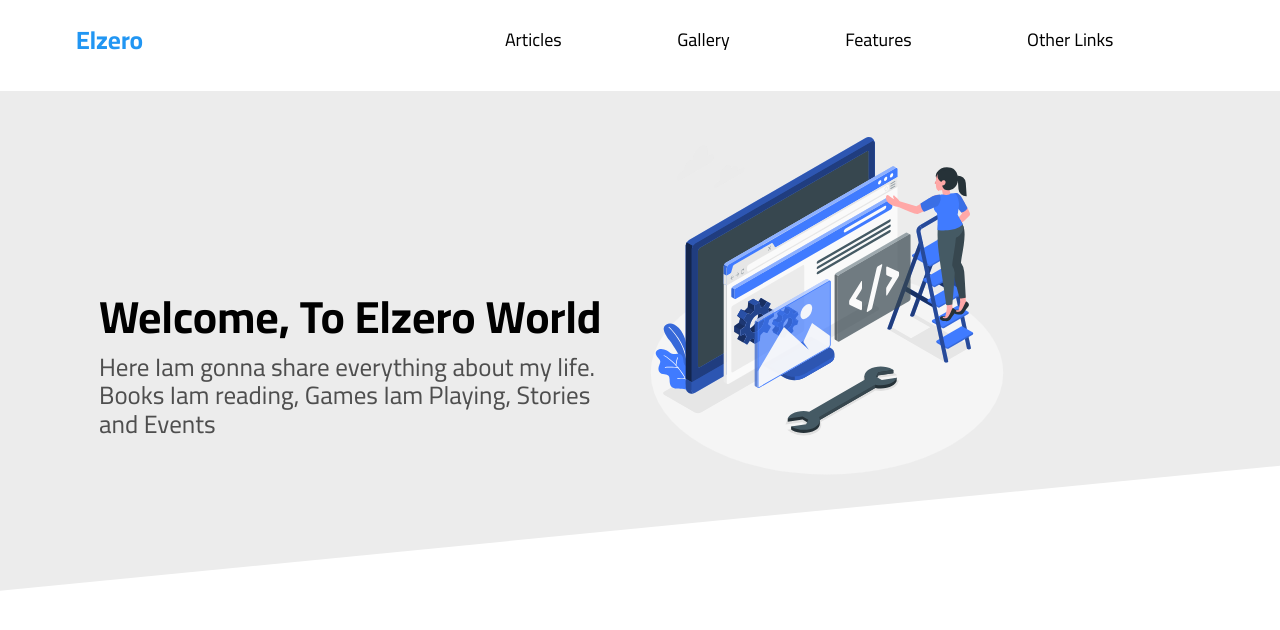
Repository: Toqa-25/elzeroAcdemey-Templete
Page: index.html
An editor plug-in stored every save of this project. The page is shown before and after the next save, followed by the edit.
The browser window is 1280 px wide. The pictures show the whole page.

Above is the page before, as saved 2022-01-16 21:46:10.

### index.html
<!DOCTYPE html>
<html lang="en">
<head>
    <meta charset="UTF-8">
    <meta http-equiv="X-UA-Compatible" content="IE=edge">
    <meta name="viewport" content="width=device-width, initial-scale=1.0">
    <!-- normalize file -->
    <link rel="stylesheet" href="css/normalize.css">
    <!-- css files -->
    <link rel="stylesheet" href="css/style.css">
    <!-- fontAwosem file -->
    <link rel="stylesheet" href="css/all.min.css">
     <!-- font files -->
     <link rel="preconnect" href="https://fonts.googleapis.com">
    <link rel="preconnect" href="https://fonts.gstatic.com" crossorigin>
    <link href="https://fonts.googleapis.com/css2?family=Cairo:wght@200;400;700;800;900&display=swap" rel="stylesheet">
    <!-- page title -->
    <title>templete 3</title>
</head>
<body>
    <!-- header section -->
    <header id="" class="">
        <div class="container">
            <div class="header-content">
                <div class="header-content-logo">
                    <a href="index.html" class="logo link-none">Elzero</a>
                </div>
                <nav>
                    <ul class="nav-list unlist">
                        <li class="nav-list-item"> <a href="" class="link-none  link-style" id="articles">articles</a></li>
                        <li class="nav-list-item"> <a href="" class="link-none  link-style" id="gallery">gallery</a></li>
                        <li class="nav-list-item"> <a href="" class="link-none  link-style" id="features">features</a></li>
                        <li class="nav-list-item" id="parent-other-links"> <a href="javascript:;" class="link-none  link-style " >other links</a>
                            <div class="other-links " id="child-other-links">
           <div class="other-links-content">
            <div class="other-links-content-img">
                <img src="images/header/Video files-amico.svg" alt="">
            </div>

            <ul class="other-links-list unlist">
            <div class="other-links-list-group-one">
              <li id="" class="other-links-list-item"><a href="" class="link-none  link-style "><i class="far fa-comments"></i> testimonials</a></li>
              <li id="" class="other-links-list-item"><a href="" class="link-none  link-style "><i class="far fa-user"></i> team member</a></li>
              <li id="" class="other-links-list-item"><a href="" class="link-none  link-style"><i class="far fa-building"></i> services</a></li>
              <li id="" class="other-links-list-item"><a href="" class="link-none  link-style"><i class="far fa-check-circle"></i> our skils</a></li>
              <li id="" class="other-links-list-item"><a href="" class="link-none  link-style"><i class="far fa-clipboard"></i> how it work</a></li>
            </div>
            <div class="other-links-list-group-one">
                <li id="" class="other-links-list-item"><a href="" class="link-none  link-style"><i class="far fa-calendar-alt"></i> events</a></li>
                <li id="" class="other-links-list-item"><a href="" class="link-none  link-style"><i class="fas fa-server"></i> pricing planes</a></li>
                <li id="" class="other-links-list-item"><a href="" class="link-none  link-style"><i class="far fa-play-circle"></i> top video</a></li>
                <li id="" class="other-links-list-item"><a href="" class="link-none  link-style"><i class="fas fa-chart-bar"></i> states</a></li>
                <li id="" class="other-links-list-item"><a href="" class="link-none  link-style"><i class="fas fa-percent"></i> request a discount</a></li>
            </div>
        </ul>
       </div>
       </div>
                        </li>

                    </ul>
                </nav>
            </div>
        </div>
    </header>
    <!-- welcom section -->
    <section id="welcome" class="welcome">
        <div class="container">
            <div class="welcome-content">
                <div class="welcome-content-info">
                    <h1 class="welcome-content-info-head">welcome, to elzero world</h1>
                    <p class="welcome-content-info-text">Here Iam gonna share everything about my life. Books Iam reading, Games Iam Playing, Stories and Events</p>
                </div>
                <div class="welcome-content-img">
                    <img src="images/welcome/Website setup-amico.svg" alt="" srcset="">
                </div>
            </div>
        </div>

    </section>


       <script src="script.js">

       </script>
</body>
</html>

### css/style.css
 /*
  - container
  -section head

 */
 /* global style */
 :root{
     /* --main-color:#45B2F8; */
     --main-color:#2196F3;
     --s-background:#ececec54;
     --f-background:#ececec;
     --p-color:#D6ECEC;
 }

 *{
     box-sizing: border-box;
     margin: 0;
     padding: 0;
 }
html , body{
    width: 100%;
    height: 100%;
    margin: 0;
    padding: 0;
    overflow: hidden;
}
 body{
     font-family: "Cairo", sans-serif;
 }
 .container{
      width: 90%;
      margin:0 auto;
      /* padding: 15px 0; */
 }
 .link-none{
     text-decoration: none;
 }
 .unlist{
     list-style: none;
 }
 .link-style{
    font-size: 18px;
    text-transform: capitalize;
 }

 /* header style */
 header{
   margin-bottom: 10px;
 }
.header-content{
    display: flex;
    justify-content: space-between;
    align-items: center;
    padding: 10px 12px ;
    margin-bottom: 10px;
}
.logo{
    font-weight: bolder;
    font-size:25px;
    color:var(--main-color)
}

nav{
    width: 70%;
}
.nav-list{
    display: flex;
    justify-content: space-evenly;
    align-items: center;
}
.nav-list-item {
    cursor: pointer;
    color:#000;
    padding: 20px  25px;
    position: relative;
    transition: background-color .2s ;
    -webkit-transition: background-color .2s ;
    -moz-transition: background-color .2s ;
    -ms-transition: background-color .2s ;
    -o-transition: background-color .2s ;
}
.nav-list-item::before{
    content: "";
    height: 3px;
    width: 0;
    background-color: var(--main-color);
    position: absolute;
    top: 0px;
    left: 0;
    transition: width .6s;
    -webkit-transition: width .6s;
    -moz-transition: width .6s;
    -ms-transition: width .6s;
    -o-transition: width .6s;
}
.nav-list-item a{
        color:#000;
}

.nav-list-item:hover  {
    background-color: var(--s-background);
}
.nav-list-item:hover  a {
    color:var(--main-color);
}
.nav-list-item:hover::before{
        width: 100%;
}
#parent-other-links{
    position: relative;
}
#parent-other-links:hover #child-other-links{
    transform:translateY(20px) ;
    -webkit-transform:translateY(20px) ;
    -moz-transform:translateY(20px) ;
    -ms-transform:translateY(20px) ;
    -o-transform:translateY(20px) ;
}
/* media query for header*/
@media (max-width:767px){
    .header-content{
        flex-direction:column ;
        padding:5px 12px;
}
.header-content-logo{
    margin-bottom: 5px;
}
nav{
    width: 80%;
}
.nav-list-item{
    padding:17px 10px;
}
.nav-list-item a{
    font-size: 15px;
}
}
                       /*************************************/
/* style for other links */
.other-links{
 /*margin-top: 10px;
 */margin: 10 auto;
 transform: translatey(1000%);
 -webkit-transform: translatey(1000%);
 -moz-transform: translatey(1000%);
 -ms-transform: translatey(1000%);
 -o-transform: translatey(1000%);
 transition: transform .5s;
 -webkit-transition: transform .5s;
 -moz-transition: transform .5s;
 -ms-transition: transform .5s;
 -o-transition: transform .5s;
}
.other-links-content{
    display: flex;
    border-bottom: 4px solid var(--main-color);
    border-top: 2px solid var(--s-background);
}
.other-links-content-img{
    margin:auto;
}
.other-links-content-img img{
    width: 100%;
}
.other-links-list{
    width:55%;
    display: flex;
    justify-content: space-between;
    padding: 10px;
    align-items: center;
}
.other-links-list-group-one{
    width:45%
}
.other-links-list-item{
    padding: 15px ;
    border-bottom: 1px solid rgba(0, 0, 0, 0.337);
    position: relative;
    cursor: pointer;

}
.other-links-list-item:last-child{
    border:none;
}
.other-links-list-item::before{
    content:"";
    position: absolute;
    top: 0;
    left: 0;
    height: 100%;
    width: 0%;
    background-color: var(--s-background);
    transition:width .5s;
    -webkit-transition:width .5s;
    -moz-transition:width .5s;
    -ms-transition:width .5s;
    -o-transition:width .5s;
}
.other-links-list-item:hover::before{
    width: 100%;
}
.other-links-list-item a{
    font-weight: bold;
    color:var(--main-color)
}
.other-links-list-item > a > i{
 margin-right: 10px;
}
.other{
    transform: translatey(20px);
    -webkit-transform: translatey(20px);
    -moz-transform: translatey(20px);
    -ms-transform: translatey(20px);
    -o-transform: translatey(20px);
}
#child-other-links{
    width:85vw;
    position: absolute;
    right: 5px;
    /* background-color: violet; */
}
@media(max-width:991px){
    #child-other-links{
     width:87vw;
    }
     .other-links-content-img{
        display: none;
    }
    .other-links-list{
        width: 100%;
    }
}
@media(max-width:767px){
    #child-other-links{
        width:100vw;
        margin-right: -166px;
    }
     .other-links-list{
        flex-direction: column;
    }
        .other-links-list-group-one{
    width:100%;
}
.other-links-list-item:last-child{
    border-bottom: 1px solid rgba(0, 0, 0, 0.337);
}
 .other-links-list-item a{
     font-size: 18px;
 }
}
/********************************************************************************************/
/* style for other welcome section */

.welcome{
    /* background-color: var(--s-background);
    clip-path: polygon(0 0, 100% 0, 100% 35%, 0 70%);
    margin-bottom: 500px; */
    /* background-color: var(--s-background);
    clip-path: polygon(0 0, 100% 0, 100% 35%, 0 70%);
    margin-bottom: 500px; */
   background-color: var(--f-background);
    clip-path: polygon(0 0, 100% 0, 100% 75%, 0 100%);
    height: 500px;
    padding: 20px 0px;
    margin-bottom: 500px;

}

.welcome-content{
    display: flex;
}
.welcome-content-info{
    width:50%;
    padding: 150px 35px;
}
.welcome-content-info-head {
    font-size: 45px;
    text-transform: capitalize;
    margin-bottom: 10px;
}
.welcome-content-info-text{
    color:rgba(0, 0, 0, 0.67);
    font-size: 25px;
}
.welcome-content-img{
    width:50%
}
.welcome-content-img img{
    width:65%
}

### script.js
let otherParent = document.getElementById("parent-other-links");
let otherChild = document.getElementById("child-other-links");
otherParent.onclick = function () {
  otherChild.classList.toggle("other");
};

Loaded but not shown: css/normalize.css (library); css/all.min.css (library)

After the next save:
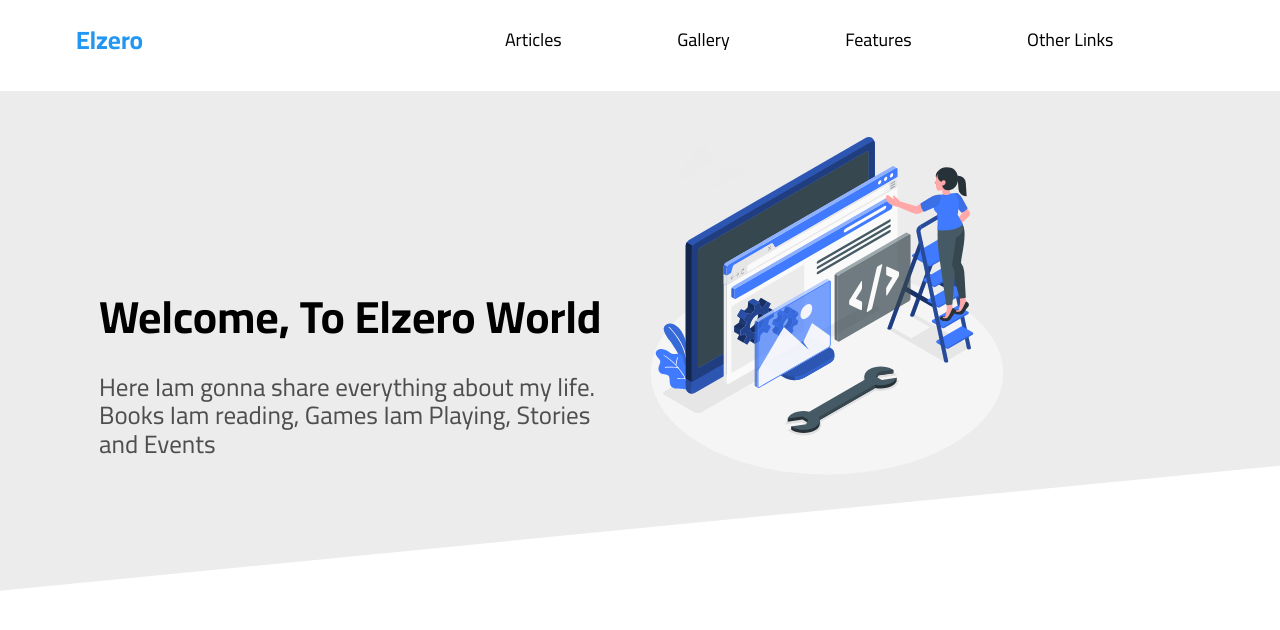
Saved 109 s later.
--- a/css/style.css
+++ b/css/style.css
@@ -276,7 +276,7 @@ nav{
 .welcome-content-info-head {
     font-size: 45px;
     text-transform: capitalize;
-    margin-bottom: 10px;
+    /* margin-bottom: 10px; */
 }
 .welcome-content-info-text{
     color:rgba(0, 0, 0, 0.67);
